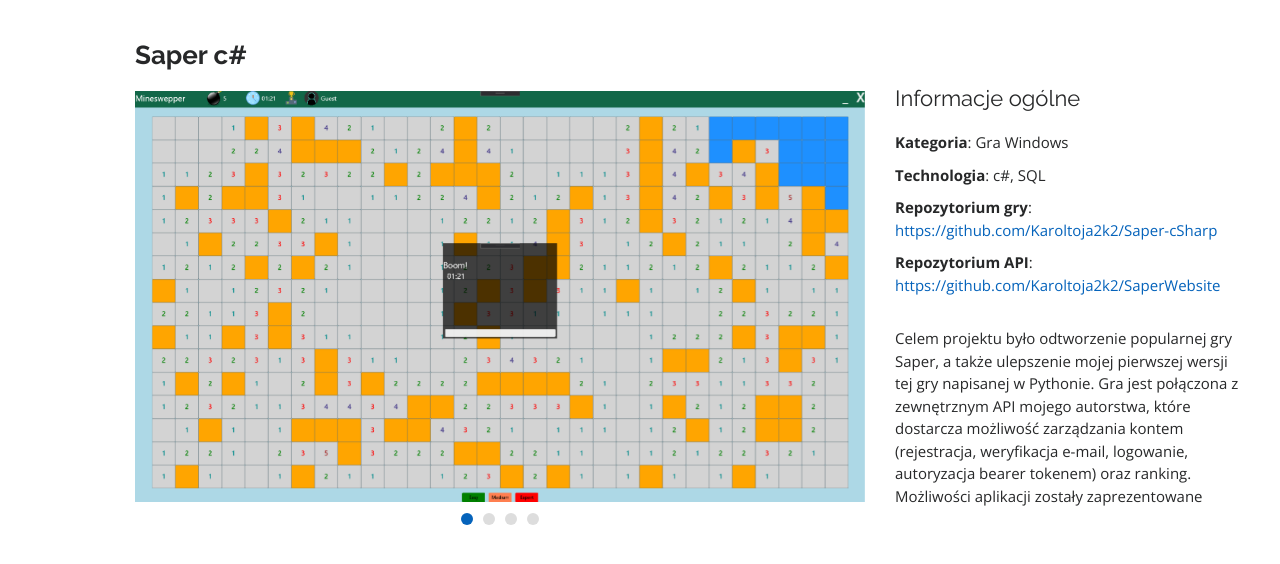
Repository: Karoltoja2k2/MyResume
Page: mineswepperC#-details.html
These files come from the project's save history. The page is drawn as it stood at one moment and after the next save; the edit follows.
The browser window is 1280 px wide. The pictures show the whole page.
Pictures or frames that could not be fetched are drawn as grey boxes.

Above is the page before, as saved 2020-06-21 14:54:30.

After the next save:
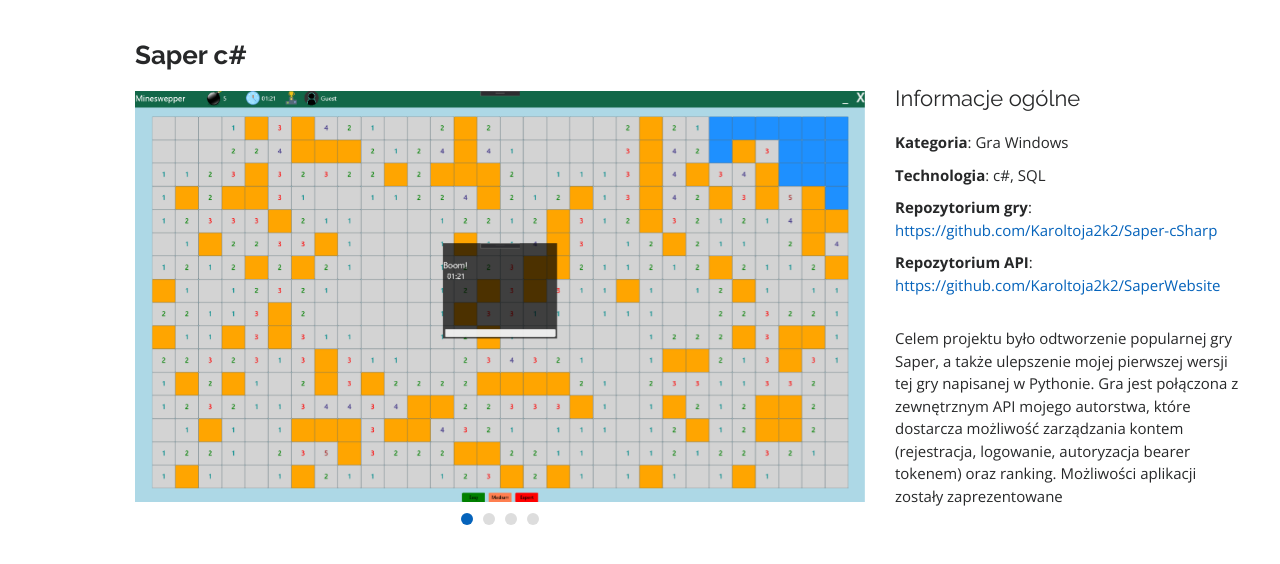
Saved 8 s later.
--- a/mineswepperC#-details.html
+++ b/mineswepperC#-details.html
@@ -68,7 +68,7 @@
 
             <p>
               Celem projektu było odtworzenie popularnej gry Saper, a także ulepszenie mojej pierwszej wersji tej gry napisanej w Pythonie.
-              Gra jest połączona z zewnętrznym API mojego autorstwa, które dostarcza możliwość zarządzania kontem (rejestracja, weryfikacja e-mail,
+              Gra jest połączona z zewnętrznym API mojego autorstwa, które dostarcza możliwość zarządzania kontem (rejestracja,
               logowanie, autoryzacja bearer tokenem) oraz ranking. Możliwości aplikacji zostały zaprezentowane
             </p>
           </div>
